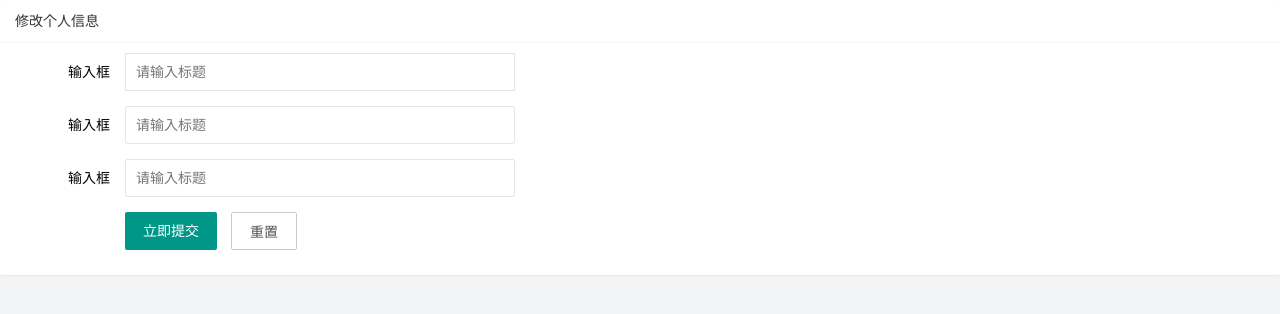
Repository: haloxxi/web_bigevent
Page: user/user-info.html
These files come from the project's save history. The page is drawn as it stood at one moment and after the next save; the edit follows.
The browser window is 1280 px wide. The pictures show the whole page.

Above is the page before, as saved 2022-06-24 21:41:12.

### user/user-info.html
<!DOCTYPE html>
<html lang="en">

<head>
    <meta charset="UTF-8">
    <meta http-equiv="X-UA-Compatible" content="IE=edge">
    <meta name="viewport" content="width=device-width, initial-scale=1.0">
    <title>Document</title>
    <!-- 先导入layUI的样式css -->
    <link rel="stylesheet" href="/assets/lib/layui/css/layui.css">
    <!-- 再导入自己写的样式css -->
    <link rel="stylesheet" href="/assets/css/user/user-info.css">

</head>

<body>
    <!-- 卡片区域 -->
    <div class="layui-card">
        <div class="layui-card-header">修改个人信息</div>
        <div class="layui-card-body">
            <!-- 这里是form表单 -->
            <form class="layui-form" action="">
                <div class="layui-form-item">
                    <label class="layui-form-label">输入框</label>
                    <div class="layui-input-block">
                        <input type="text" name="title" required lay-verify="required" placeholder="请输入标题" autocomplete="off" class="layui-input">
                    </div>
                </div>
                <div class="layui-form-item">
                    <label class="layui-form-label">输入框</label>
                    <div class="layui-input-block">
                        <input type="text" name="title" required lay-verify="required" placeholder="请输入标题" autocomplete="off" class="layui-input">
                    </div>
                </div>
                <div class="layui-form-item">
                    <label class="layui-form-label">输入框</label>
                    <div class="layui-input-block">
                        <input type="text" name="title" required lay-verify="required" placeholder="请输入标题" autocomplete="off" class="layui-input">
                    </div>
                </div>
                <div class="layui-form-item">
                    <div class="layui-input-block">
                        <button class="layui-btn" lay-submit lay-filter="formDemo">立即提交</button>
                        <button type="reset" class="layui-btn layui-btn-primary">重置</button>
                    </div>
                </div>
            </form>
        </div>
    </div>
</body>

</html>

### assets/css/user/user-info.css
body,
html {
    margin: 0;
    padding: 0;
}

body {
    background-color: #f2f3f5;
}

.layui-form {
    width: 500px;
}

Loaded but not shown: assets/lib/layui/css/layui.css (library)

After the next save:
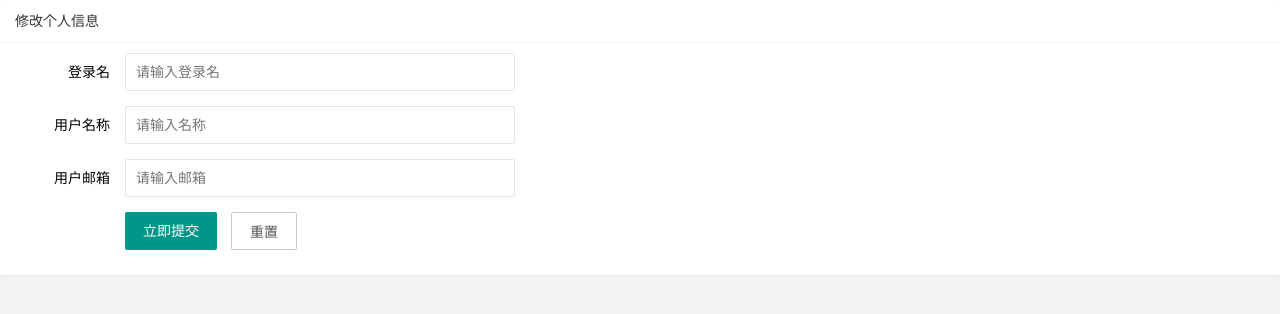
Saved 4 min 17 s later.
--- a/user/user-info.html
+++ b/user/user-info.html
@@ -21,21 +21,22 @@
             <!-- 这里是form表单 -->
             <form class="layui-form" action="">
                 <div class="layui-form-item">
-                    <label class="layui-form-label">输入框</label>
+                    <label class="layui-form-label">登录名</label>
                     <div class="layui-input-block">
-                        <input type="text" name="title" required lay-verify="required" placeholder="请输入标题" autocomplete="off" class="layui-input">
+                        <input type="text" name="title" required lay-verify="required" placeholder="请输入登录名" autocomplete="off" class="layui-input">
                     </div>
                 </div>
                 <div class="layui-form-item">
-                    <label class="layui-form-label">输入框</label>
+                    <label class="layui-form-label">用户名称</label>
                     <div class="layui-input-block">
-                        <input type="text" name="title" required lay-verify="required" placeholder="请输入标题" autocomplete="off" class="layui-input">
+                        <!-- 只读属性readonly -->
+                        <input type="text" name="title" required lay-verify="required" placeholder="请输入名称" autocomplete="off" class="layui-input" readonly>
                     </div>
                 </div>
                 <div class="layui-form-item">
-                    <label class="layui-form-label">输入框</label>
+                    <label class="layui-form-label">用户邮箱</label>
                     <div class="layui-input-block">
-                        <input type="text" name="title" required lay-verify="required" placeholder="请输入标题" autocomplete="off" class="layui-input">
+                        <input type="text" name="title" required lay-verify="required" placeholder="请输入邮箱" autocomplete="off" class="layui-input">
                     </div>
                 </div>
                 <div class="layui-form-item">
